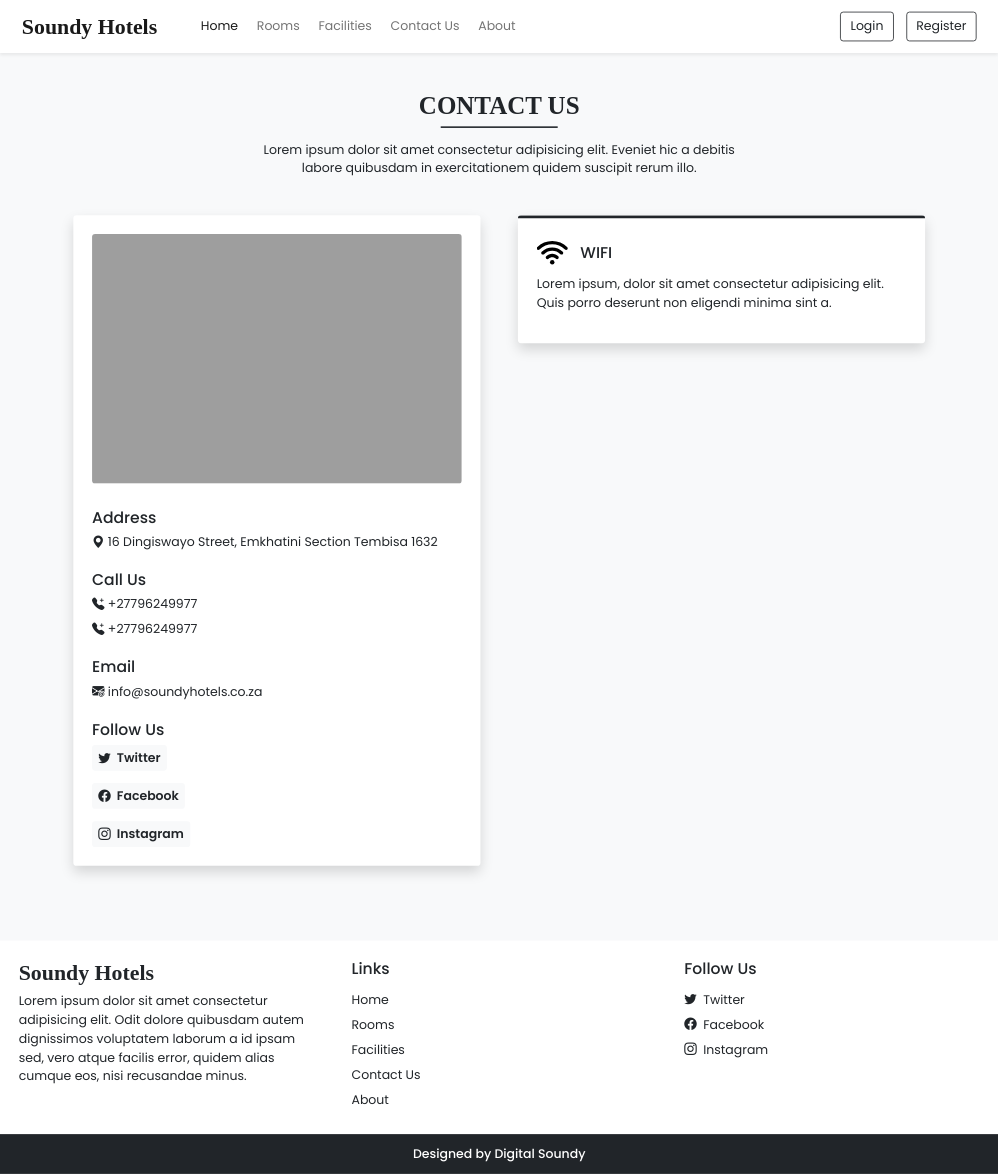
Repository: spencersoundy/Hotel-Booking-App
Page: http://localhost/contact.php
The author's editor kept a copy of each file at every save. The page is drawn from the files as they stood at one save, then again after a run of saves.
The browser window is 1280 px wide. The pictures show the whole page, at 78% of full size.
Pictures or frames that could not be fetched are drawn as grey boxes. Some web fonts or font styles are not loaded; a fallback is used. The page is run by PHP 8.4 with error messages shown; the project is at /var/www/html/.

Above is the page before, as saved 2023-08-04 23:50:49.

After the next 3 saves:
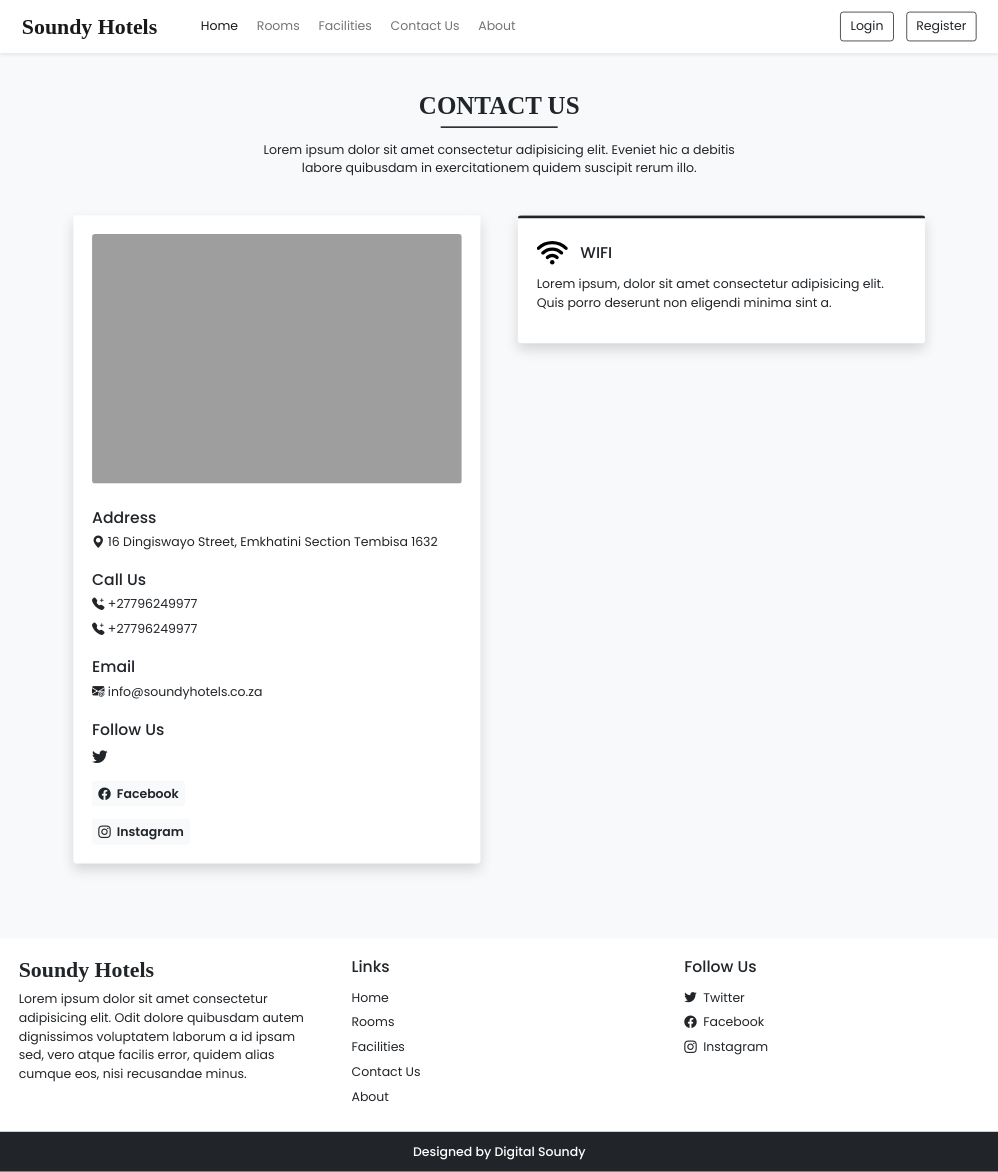
The 3 saves are shown as one change because they came seconds apart.
The last was saved 11 s later.
--- a/contact.php
+++ b/contact.php
@@ -48,8 +48,7 @@
 
                 <h5 class="mt-4">Follow Us</h5>
                 <a href="#" class="d-inline-block mb-3 text-dark fs-5 me-3">
-                    <span class="badge bg-light text-dark fs-6 p-2">
-                        <i class="bi bi-twitter me-1"></i> Twitter
+                        <i class="bi bi-twitter me-1"></i>
 
                 </a>
                 <br>
